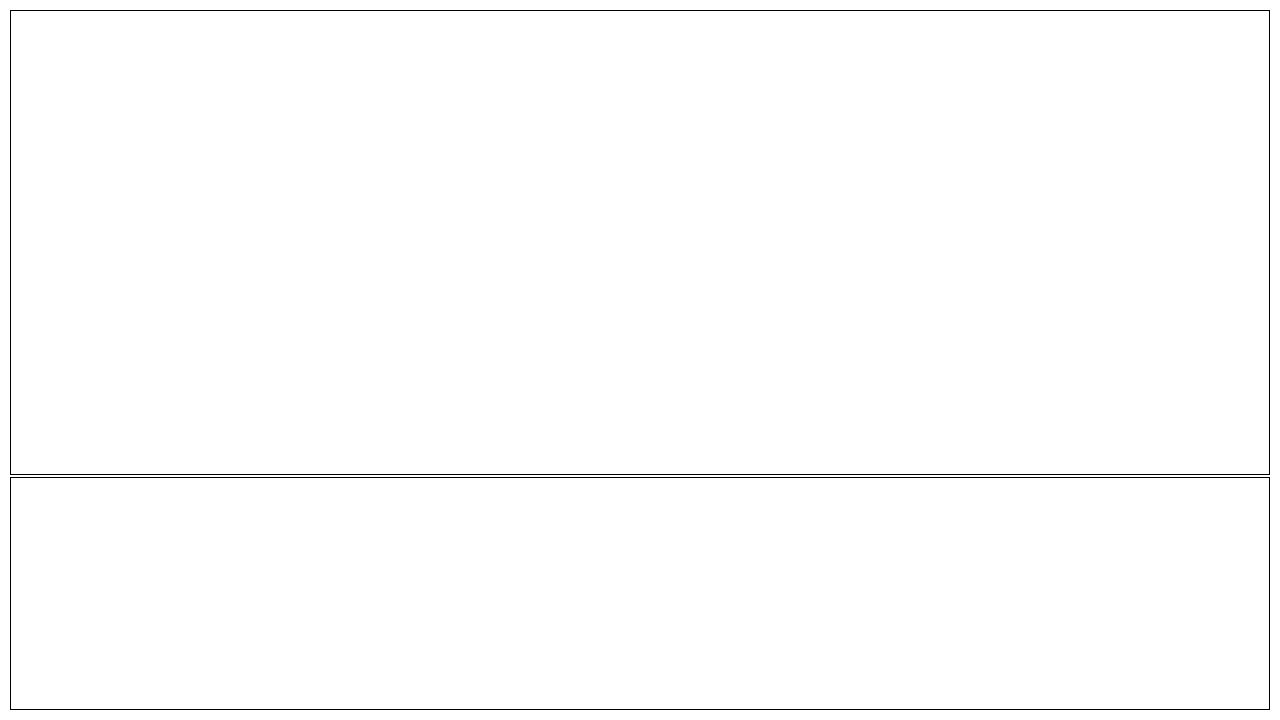
Repository: choigobin/Programming
Page: http://localhost/HRD1118/
The author's editor kept a copy of each file at every save. The page is drawn from the files as they stood at one save, then again after the next save.
The browser window is 1280 px wide. The pictures show the whole page.
The page is served by Tomcat 9.

Above is the page before, as saved 2019-11-18 02:31:54.

After the next save:
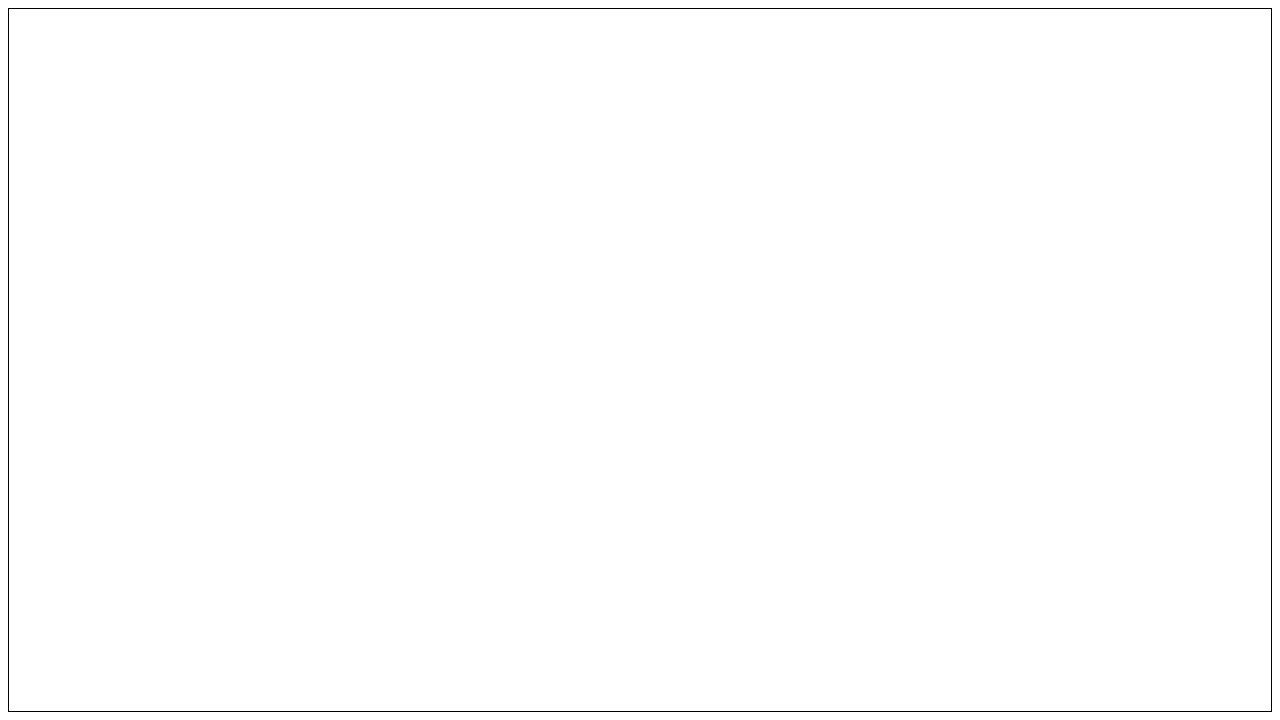
Saved 36 s later.
--- a/YangJung/workspace/HRD1118/WebContent/index.jsp
+++ b/YangJung/workspace/HRD1118/WebContent/index.jsp
@@ -3,8 +3,10 @@
 <html>
 <head>
 <style>
-td,tr {border: solid black 1px;
-		border-collapse: collapse;}
+table {
+	border: solid black 1px;
+	border-collapse: collapse;
+	}
 </style>
 <meta charset="UTF-8">
 <title>Insert title here</title>
